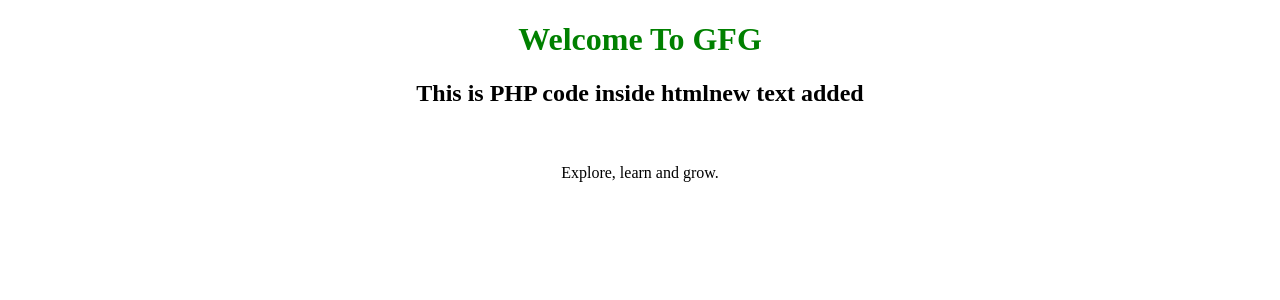
Repository: anish9914/phpprojectgh
Page: http://localhost/exsample1.php
An editor plug-in stored every save of this project. The page is shown before and after a run of saves, followed by the edit.
The browser window is 1280 px wide. The pictures show the whole page.
The page is run by PHP 8.4 with error messages shown; the project is at /var/www/html/.

Above is the page before, as saved 2022-12-14 11:11:42.

After the next 2 saves:
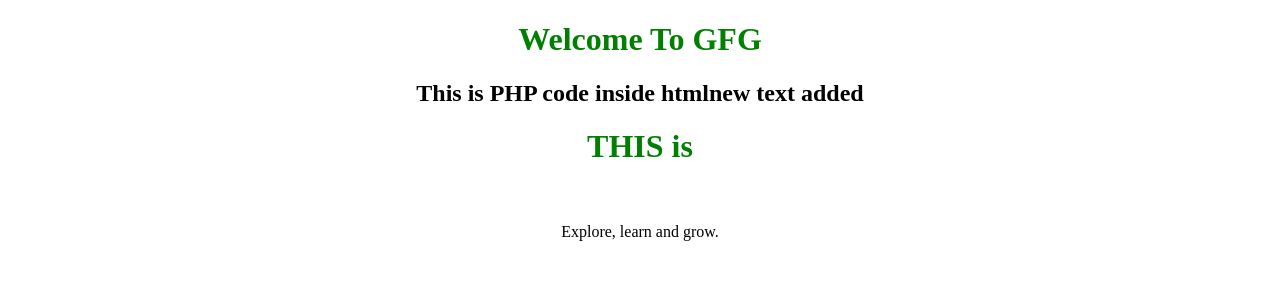
The 2 saves are shown as one change because they came seconds apart.
The last was saved 16 s later.
--- a/exsample1.php
+++ b/exsample1.php
@@ -21,7 +21,7 @@
 
             ?>
         </h2>
-        <h1></h1>
+        <h1>THIS is </h1>
         <br><br>
         <?php
         echo 'Explore, learn and grow.'
